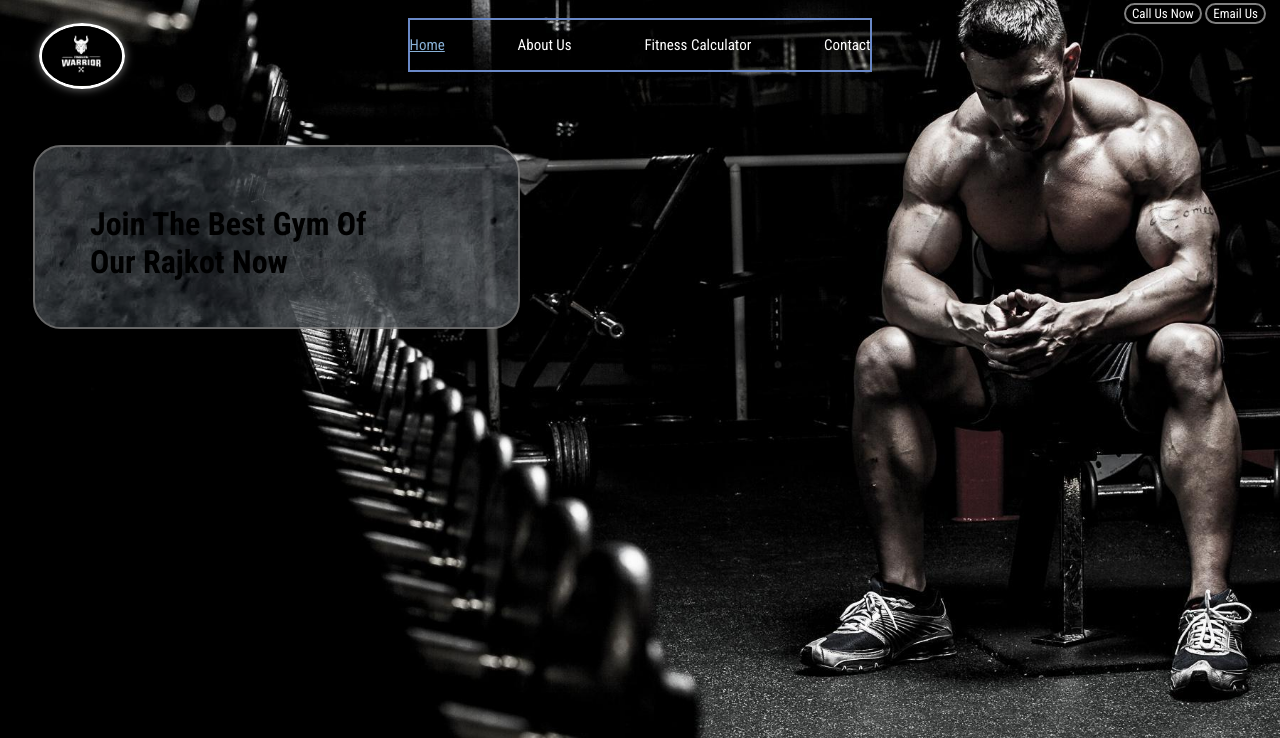
Repository: asthaasquare/project-1
Page: project-1/index.html
An editor plug-in stored every save of this project. The page is shown before and after a run of saves, followed by the edit.
The browser window is 1280 px wide. The pictures show the whole page.
Some web fonts or font styles are not loaded; a fallback is used.

Above is the page before, as saved 2024-05-09 17:52:37.

After the next 2 saves:
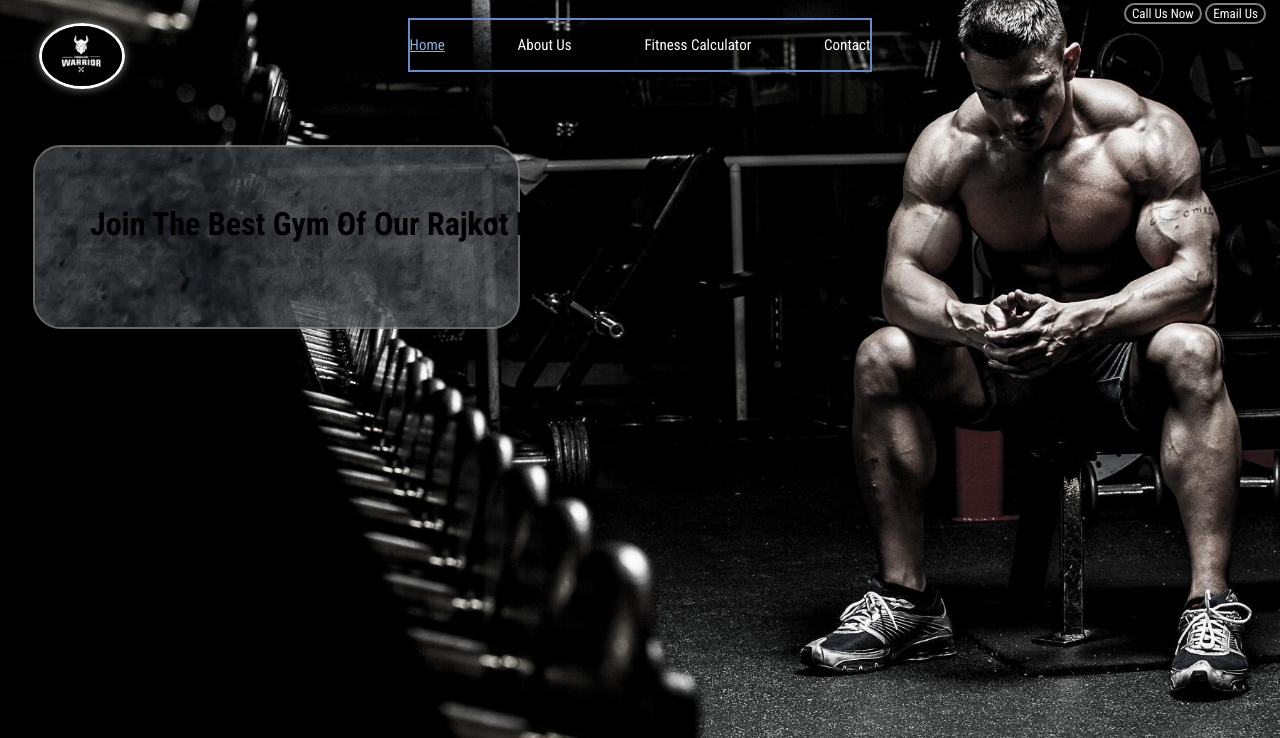
The 2 saves are shown as one change because they came seconds apart.
The last was saved 7 s later.
--- a/project-1/index.html
+++ b/project-1/index.html
@@ -132,7 +132,7 @@
       position: relative;
       top:-197px;
       color: black;
-      font-style: ;
+      fo
       width: 280px;
       padding: 0px 90px;
     }

After the save that followed:
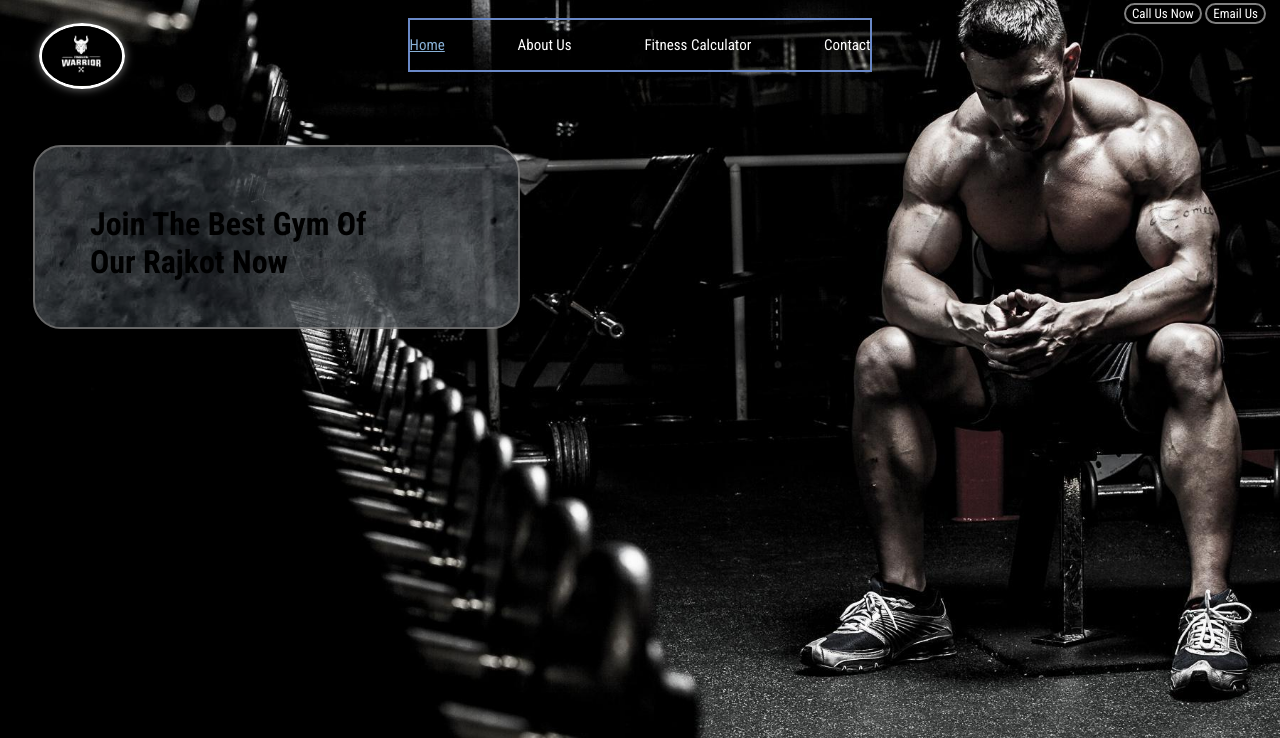
Saved 5 s later.
--- a/project-1/index.html
+++ b/project-1/index.html
@@ -132,7 +132,7 @@
       position: relative;
       top:-197px;
       color: black;
-      fo
+      font-size: ;
       width: 280px;
       padding: 0px 90px;
     }
